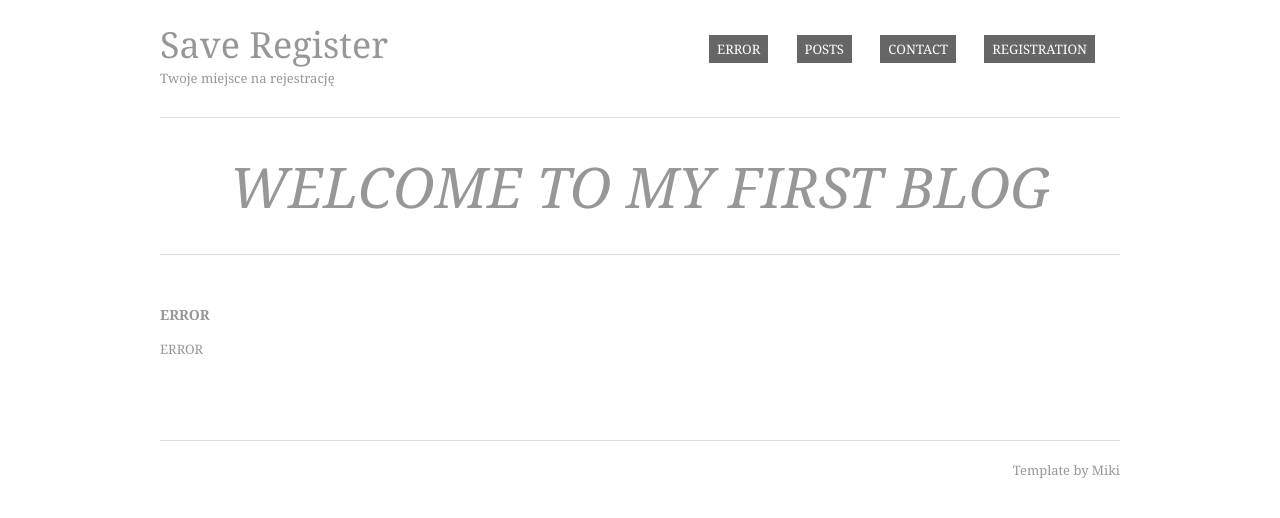
Repository: AnnaPolatynska/SpringCwiczenia
Page: http://localhost/error
These files come from the project's save history. The page is drawn as it stood at one moment and after the next save; the edit follows.
The browser window is 1280 px wide. The pictures show the whole page.
The page is this project's Thymeleaf template; nobody is signed in. The template is opened directly, without the code that normally fills it, so the values that code supplies are empty.

Above is the page before, as saved 2017-08-30 12:49:31.

### D-MVC-JAR/src/main/resources/templates/error.html
<!DOCTYPE html>
<html lang="en" dir="ltr" xmlns:th="http://www.thymeleaf.org">
<head>
<title>Save Register</title>
<meta charset="iso-8859-1" />
<link rel="stylesheet" href="layout.css" type="text/css" />
</head>
<body>
<div class="wrapper row1">
  <header id="header" class="clear">
    <div id="hgroup">
      <h1><a href="#">Save Register</a></h1>
      <h2>Twoje miejsce na rejestrację</h2>
    </div>
    <nav>
      <ul>
        <li><a href="#">error</a></li>
        <li><a href="/LoginForm">Posts</a></li>
        <li><a href="/contact">Contact</a></li>
        <li><a href="/registerForm">Registration</a></li>
      </ul>
    </nav>
  </header>
</div>
<!-- content -->
<div class="wrapper row2">
  <div id="container" class="clear">
    <!-- content body -->
    <section id="shout">
      <h1>Welcome to my first Blog</h1>
    </section>
    <!-- main content -->
    <section id="services" class="clear">
      <!-- article 1 -->
      <article>
        <h2>ERROR</h2>
        <p>ERROR</p>
        <!-- <footer class="more"><a href="#">Read More &raquo;</a></footer> -->
      </article>
    </section>
    <!-- / content body -->
  </div>
</div>
<!-- footer -->
<div class="wrapper row3">
  <footer id="footer" class="clear">
    <p class="fl_right">Template by Miki</p>
  </footer>
</div>
</body>
</html>

### D-MVC-JAR/src/main/resources/static/layout.css
html{overflow-y:scroll;} /* Forces a scrollbar when the viewport is larger than the websites content - CSS3 */

body{margin:0; padding:0; font-size:13px; font-family:Georgia, "Times New Roman", Times, serif; color:#979797; background-color:#FFFFFF;}

.clear:after{content:"."; display:block; height:0; clear:both; visibility:hidden; line-height:0;}
.clear{display:block; clear:both;}
html[xmlns] .clear{display:block;}
* html .clear{height:1%;}

a{outline:none; text-decoration:none;}

code{font-weight:normal; font-style:normal; font-family:Georgia, "Times New Roman", Times, serif;}

.fl_left{float:left;}
.fl_right{float:right;}

img{margin:0; padding:0; border:none; line-height:normal; vertical-align:middle;}
.imgholder, .imgl, .imgr{padding:4px; border:1px solid #D6D6D6; text-align:center;}
.imgl{float:left; margin:0 15px 15px 0; clear:left;}
.imgr{float:right; margin:0 0 15px 15px; clear:right;}

/*----------------------------------------------HTML 5 Overrides-------------------------------------*/

address, article, aside, figcaption, figure, footer, header, nav, section{display:block; margin:0; padding:0;}

q{display:block; padding:0 10px 8px 10px; color:#979797; background-color:#ECECEC; font-style:italic; line-height:normal;}
q:before{content:'� '; font-size:26px;}
q:after{content:' �'; font-size:26px; line-height:0;}

/* ----------------------------------------------Wrapper-------------------------------------*/

div.wrapper{display:block; width:960px; margin:0 auto; padding:0; text-align:left;}

.row1, .row1 a{color:#979797; background-color:#FFFFFF;}
.row2{color:#979797; background-color:#FFFFFF;}
.row2 a{color:#FF9900; background-color:#FFFFFF;}
.row3{border-top:1px solid #DEDEDE;}
.row3, .row3 a{color:#979797; background-color:#FFFFFF;}

/*----------------------------------------------Generalise-------------------------------------*/

#header, #container, #footer{display:block; width:960px;}

nav ul{margin:0; padding:0; list-style:none;}

h1, h2, h3, h4, h5, h6{margin:0; padding:0; font-size:16px; font-weight:bold; font-style:normal; line-height:normal; text-transform:uppercase;}

address{font-style:normal;}

blockquote, q{display:block; padding:8px 10px; color:#979797; background-color:#ECECEC; font-style:italic; line-height:normal;}
blockquote:before, q:before{content:'� '; font-size:26px;}
blockquote:after, q:after{content:' �'; font-size:26px; line-height:0;}

.one_third, .two_third, .three_third{display:block; float:left; margin:0 30px 0 0;}
.one_third{width:300px;}
.two_third{width:630px;}
.three_third{width:960px; float:none; margin-right:0; clear:both;}
.lastbox{margin-right:0;}

/*----------------------------------------------Header-------------------------------------*/

#header{}

#header #hgroup{padding:20px 0 0 0; float:left;}
#header #hgroup h1, #header #hgroup h2{font-weight:normal; text-transform:none;}
#header #hgroup h1{font-size:36px;}
#header #hgroup h2{font-size:13px;}

#header nav{display:block; float:right; margin:20px 0 0 0; padding:20px 0;}
#header nav ul{}
#header nav li{display:inline; margin-right:25px; text-transform:uppercase;}
#header nav li.last{margin-right:0;}
#header nav li a{padding:5px 8px; color:#FFFFFF; background-color:#666666;}
#header nav li a:hover{color:#FF9900; background-color:#FFFFFF;}

/*----------------------------------------------Content Area-------------------------------------*/

#container{padding:30px 0;}
#container section{display:block; width:100%; margin:0 0 30px 0; padding:0;}
#container .last{margin:0;}
#container .more{text-align:right;}

/* ------Shout-----*/

#container #shout{margin-bottom:50px; padding:30px 0; border-top:1px solid #DEDEDE; border-bottom:1px solid #DEDEDE;}
#container #shout h1{font-size:56px; font-weight:normal; font-style:italic; text-transform:uppercase; text-align:center;}
#container #shout p{font-size:16px; margin-bottom:0; padding-bottom:0; line-height:1.8em;}

/* ------services-----*/

#container #services{margin-bottom:50px; line-height:1.6em;}
#container #services article{}
#container #services article h2{font-size:14px; margin-bottom:15px;}
#container #services article p{margin:0; padding:0;}
#container #services article img{float:left; width:80px; height:80px; margin:0 10px 10px 0; padding:4px; border:1px solid #DEDEDE;}
#container #services article footer{margin:10px 0 0 0;}

/*----------------------------------------------Footer-------------------------------------*/

#footer{padding:20px 0;}
#footer p{margin:0; padding:0;}

After the next save:
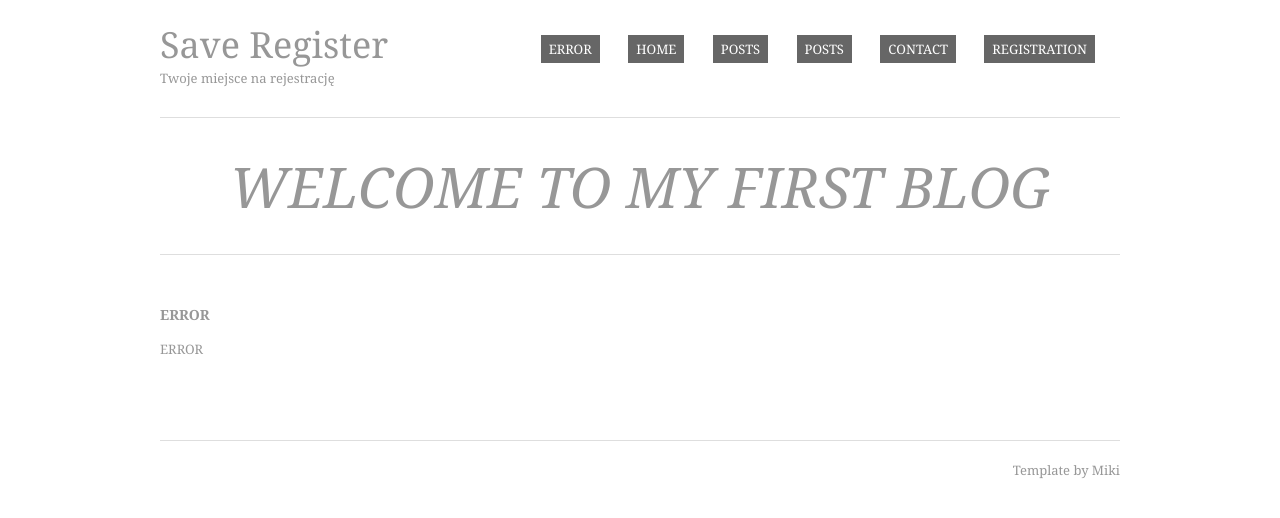
Saved 10 s later.
--- a/D-MVC-JAR/src/main/resources/templates/error.html
+++ b/D-MVC-JAR/src/main/resources/templates/error.html
@@ -15,6 +15,8 @@
     <nav>
       <ul>
         <li><a href="#">error</a></li>
+        <li><a href="/">Home</a></li>
+        <li><a href="/blog">Posts</a></li>
         <li><a href="/LoginForm">Posts</a></li>
         <li><a href="/contact">Contact</a></li>
         <li><a href="/registerForm">Registration</a></li>
